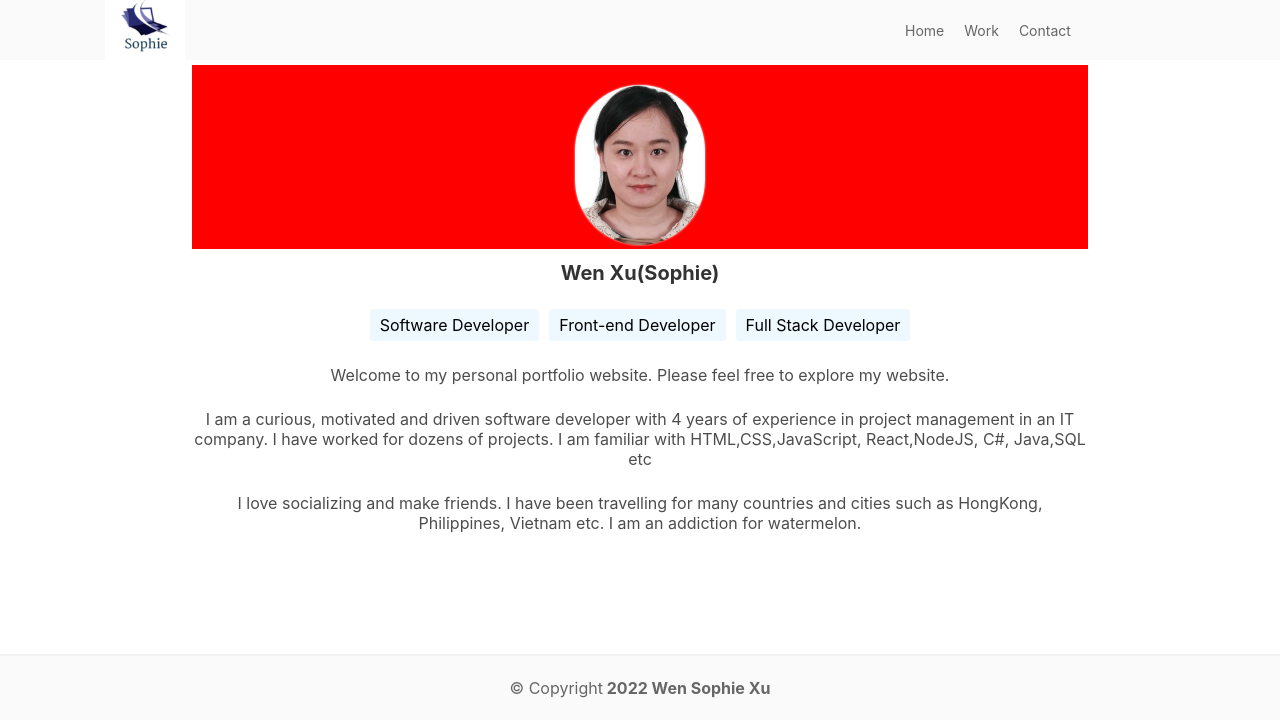
Repository: wenxi0504/myResume_app
Page: /
An editor plug-in stored every save of this project. The page is shown before and after the next save, followed by the edit.
The browser window is 1280 px wide. The pictures show the whole page.
The project was rebuilt for these pictures with package versions that can differ from the ones it lists, and the page was loaded fresh each time. Also part of the build but not shown: src/pages/WorkPage/works.module.scss, src/components/WorkLists/work.module.scss, src/components/WorkLists/index.js, src/pages/WorkPage/index.js, src/pages/Contact/contact.module.scss, src/pages/Contact/index.js.

Above is the page before, as saved 2022-01-04 23:04:33.

After the next save:
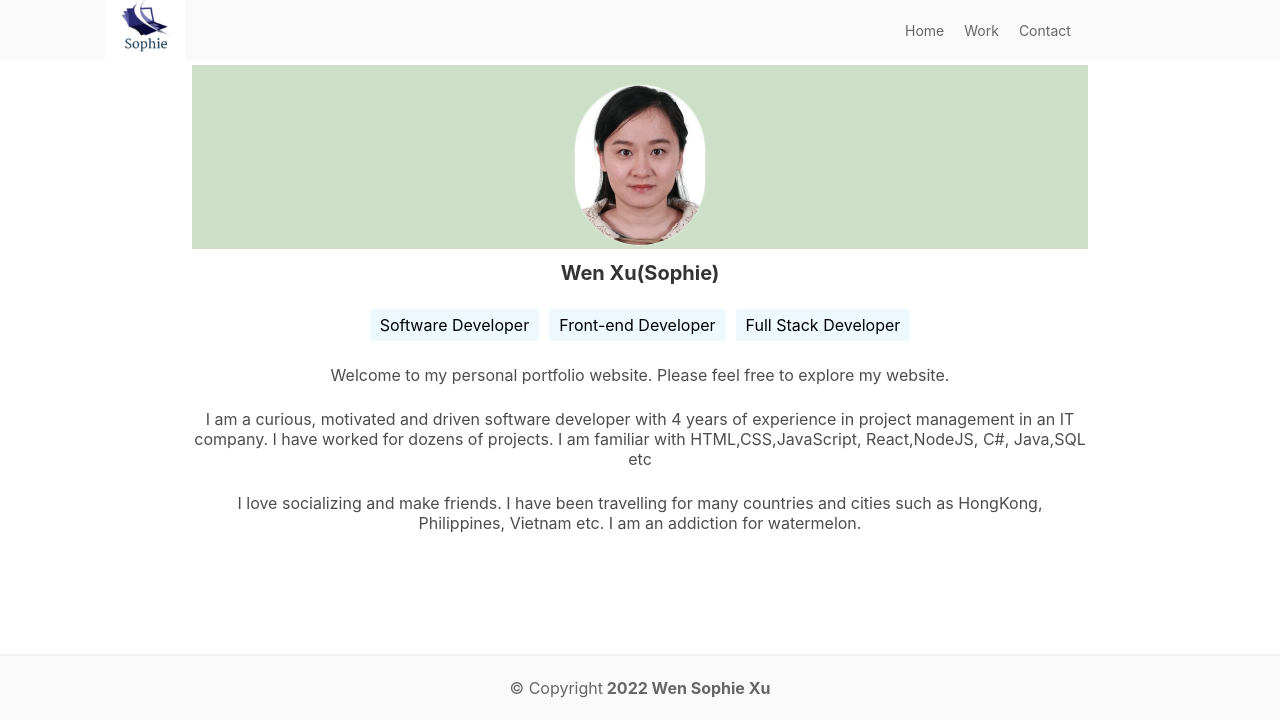
Saved 74 s later.
--- a/src/pages/HomePage/home.module.scss
+++ b/src/pages/HomePage/home.module.scss
@@ -10,7 +10,7 @@
       font-size: 20px;
     }
     .backgroundColor{
-background: red;
+background:#cddfc7;
 img {
   width: 130px;
   height: 160px;
